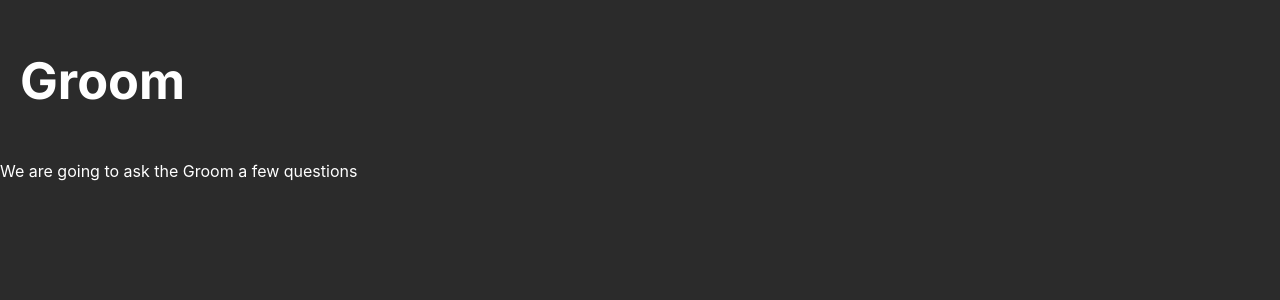
Repository: devhabeeblateef/tictactoe
Page: /
The author's editor kept a copy of each file at every save. The page is drawn from the files as they stood at one save, then again after a run of saves.
The browser window is 1280 px wide. The pictures show the whole page.
The project was rebuilt for these pictures with package versions that can differ from the ones it lists, and the page was loaded fresh each time. Also part of the build but not shown: src/App.css.

Above is the page before, as saved 2022-06-17 01:01:47.

### src/App.js
import logo from './logo.svg';
import './App.css';
import Form from './Form';

function App() {
  return (
    <div>
      <Form/>
    </div>
  );
}

export default App;

### src/Form.js
import React from 'react'
import classes from './Home.module.css'

function Form() {
  return (
    <div>
        <h1 className={classes.home__header}>
            Groom
        </h1>
        <p className=''>We are going to ask the Groom a
        few questions
        </p>
    </div>
  )
}

export default Form

### src/Home.module.css
@import url('https://fonts.googleapis.com/css2?family=Inter:wght@100;200;300;400;500;600;700;800;900&display=swap');

body
{
    background-color: #2b2b2b;
    color: #fff;
}

.home__header
{
    margin:50px 20px;
    font-size: 5ch;
    font-family: 'Inter', sans-serif;
    font-weight: bold;
}

.home__info
{
    font-family: 'Inter', sans-serif;
    font-weight: 100;
    margin: -40px 20px;
}

img
{
    width: 350px;
}

.button
{
    margin: 50px 20px;
}


.button__one
{
    background-color: #23A6FD;
    border-radius: 60px;
    border: none;
    padding:8px 30px;
    color: white;
    margin-right: 10px;
    font-family: 'Montserrat', sans-serif;
    cursor: pointer;
}

.button__two
{
    margin-left: 10px;
    background-color: transparent;
    border-radius: 60px;
    padding: 8px 30px;
    border: 2px solid #fff;
    color: white;
    font-family: 'Montserrat', sans-serif;
    cursor: pointer;
}

@media (max-width:400px){
.button__two
{
    margin: 20px 0;
    border-radius: 60px;

}
}

a
{
    color: #fff;
    text-decoration: none;
}

a:hover
{
    color: white;
}

Loaded but not shown: src/index.js (common file); src/index.css (common file); src/reportWebVitals.js (common file)

After the next 2 saves:
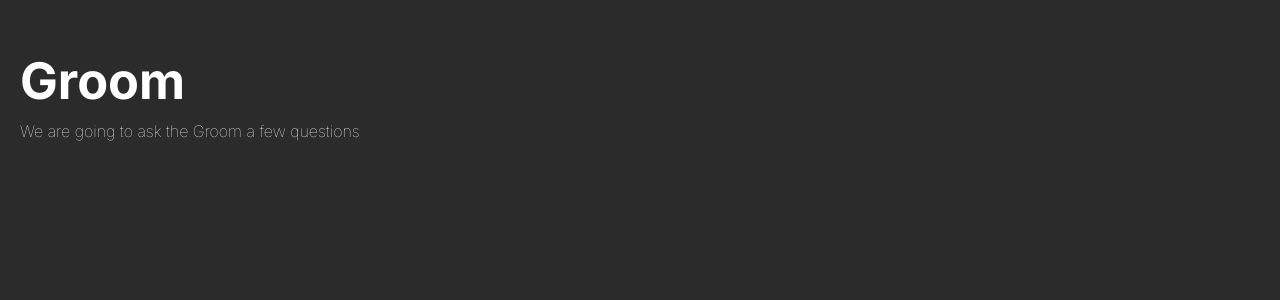
The 2 saves are shown as one change because 1 did not build or start.
The last was saved 9 s later.
--- a/src/Form.js
+++ b/src/Form.js
@@ -7,7 +7,7 @@ function Form() {
         <h1 className={classes.home__header}>
             Groom
         </h1>
-        <p className=''>We are going to ask the Groom a
+        <p className={classes.home__info}>We are going to ask the Groom a
         few questions
         </p>
     </div>
